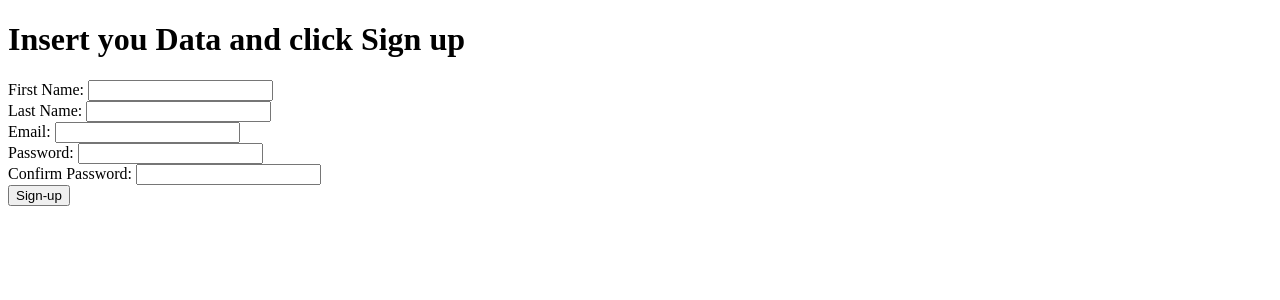
Repository: GiuuGpEEp/TerzoAnnoUni
Page: SAW/Esercizi/Form/Form.html
The author's editor kept a copy of each file at every save. The page is drawn from the files as they stood at one save, then again after a run of saves.
The browser window is 1280 px wide. The pictures show the whole page.

Above is the page before, as saved 2024-11-18 22:31:23.

### SAW/Esercizi/Form/Form.html
<!DOCTYPE html>
<html lang="en">
    <head>
        <title>EsPaxi</title>
    </head>

    <body>
        <h1>Insert you Data and click Sign up</h1>
        <form action="registration.php" method="post">
            <div><label for="firstname">First Name:</label>
            <input type="text" name="firstname" id="firstname"></div>
            <div><label for="lastname">Last Name:</label>
            <input type="text" name="lastname" id="lastname"></div>
            <div><label for="email">Email:</label>
            <input type="email" name="email" id="email"></div>
            <div><label for="pass">Password:</label>
            <input type="password" name="pass" id="pass"></div>
            <div><label for="confirm">Confirm Password:</label>
            <input type="password" name="confirm" id="confirm"></div>
            <input type="submit" name="submit" value="Sign-up">
          </form>
    </body>

</html>

After the next 5 saves:
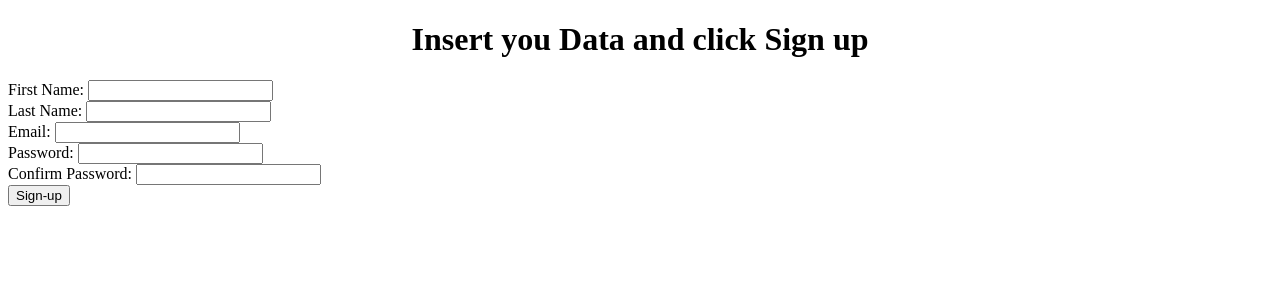
The 5 saves are shown as one change because they came seconds apart.
The last was saved 10 s later.
--- a/SAW/Esercizi/Form/Form.html
+++ b/SAW/Esercizi/Form/Form.html
@@ -3,7 +3,11 @@
     <head>
         <title>EsPaxi</title>
     </head>
-
+    <style>
+        h1{
+            text-align: center;
+        }
+    </style>
     <body>
         <h1>Insert you Data and click Sign up</h1>
         <form action="registration.php" method="post">
